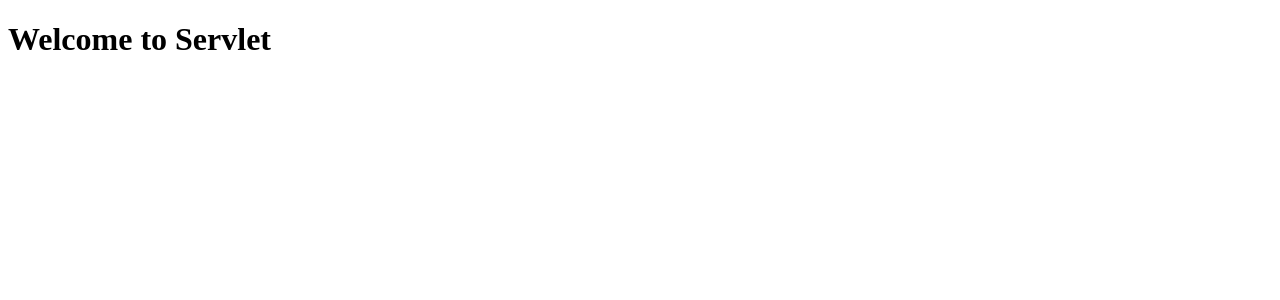
Repository: antonyraja1985/ServletEMS
Page: Webapp/src/main/webapp/Index.html
An editor plug-in stored every save of this project. The page is shown before and after the next save, followed by the edit.
The browser window is 1280 px wide. The pictures show the whole page.

Above is the page before, as saved 2024-05-24 06:16:38.

After the next save:
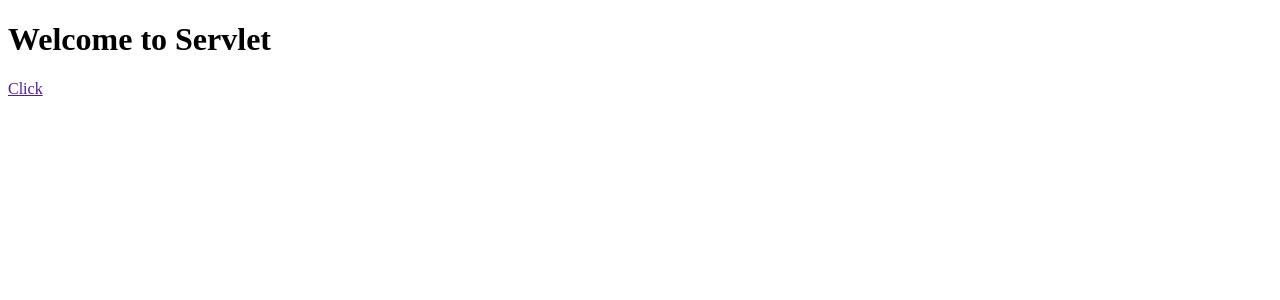
Saved 10 min 21 s later.
--- a/Webapp/src/main/webapp/Index.html
+++ b/Webapp/src/main/webapp/Index.html
@@ -8,5 +8,7 @@
 
 <h1>Welcome to Servlet</h1>
 
+<a href="">Click</a>
+
 </body>
 </html>
